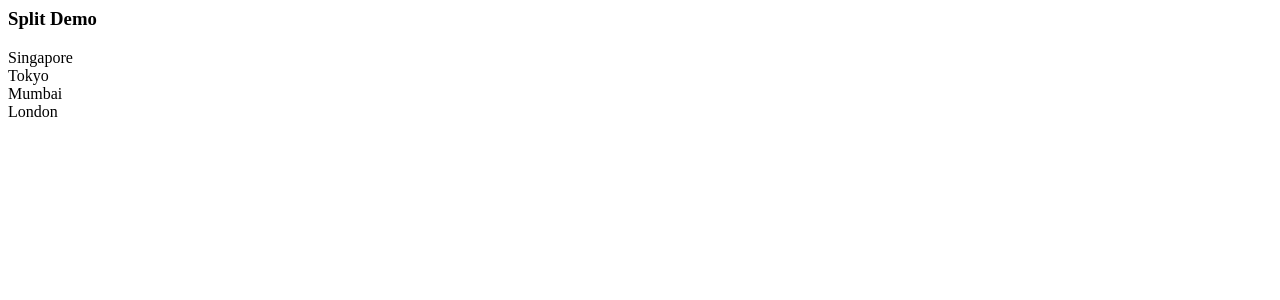
Repository: bpaudel2/jsp-and-servlets-demo
Page: http://localhost/tagDemo/split-join-test.jsp
These files come from the project's save history. The page is drawn as it stood at one moment and after the next save; the edit follows.
The browser window is 1280 px wide. The pictures show the whole page.
The page is served by Tomcat 9.

Above is the page before, as saved 2019-05-27 16:41:09.

After the next save:
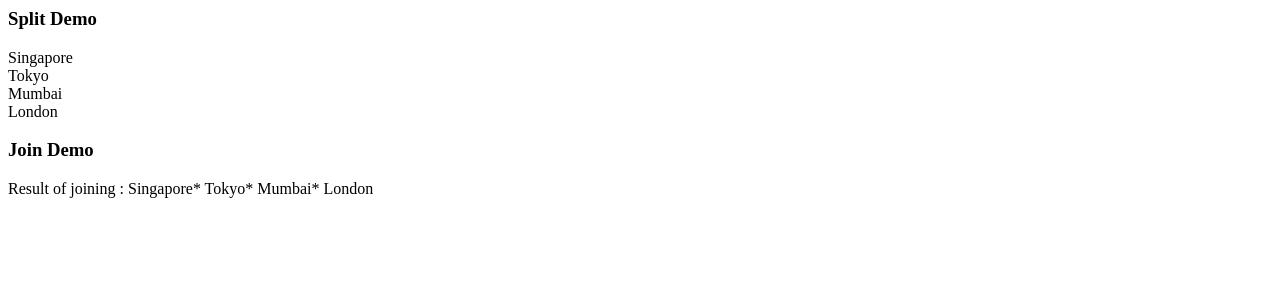
Saved 106 s later.
--- a/tagDemo/WebContent/split-join-test.jsp
+++ b/tagDemo/WebContent/split-join-test.jsp
@@ -11,5 +11,9 @@
 <c:forEach var="tempCity" items="${citiesArray}" >
 ${tempCity} <br/>
 </c:forEach>
+
+<h3> Join Demo </h3>
+<c:set var="joinString" value="${fn:join(citiesArray,'*')}" />
+Result of joining : ${joinString}
 </body>
 </html>
